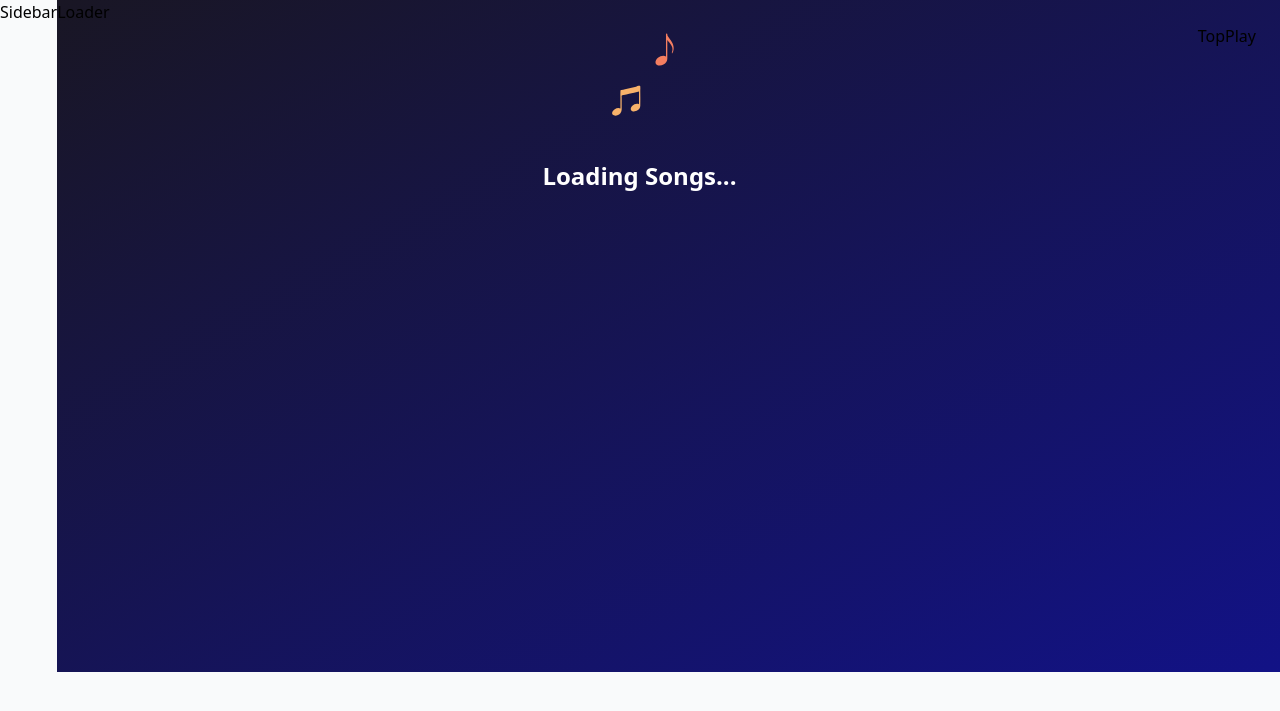
Repository: Chris24T/Dotify
Page: /
These files come from the project's save history. The page is drawn as it stood at one moment and after the next save; the edit follows.
The browser window is 1280 px wide. The pictures show the whole page.
The project was rebuilt for these pictures with package versions that can differ from the ones it lists, and the page was loaded fresh each time. Also part of the build but not shown: vite.config.js, src/components/ArtistCard.jsx, src/components/DetailsHeader.jsx, src/components/PlayPause.jsx, src/components/SongBar.jsx, src/components/RelatedSongs.jsx, src/components/MusicPlayer/Controls.jsx, src/components/MusicPlayer/Player.jsx and 11 more.

Above is the page before, as saved 2022-12-03 21:28:52.

### src/redux/store.js
import { configureStore } from '@reduxjs/toolkit';

import { shazamCoreApi } from './services/shazamCore';
import playerReducer from './features/playerSlice';

export const store = configureStore({
  reducer: {
    player: playerReducer,
    [shazamCoreApi.reducerPath]: shazamCoreApi.reducer,
  },
  middleware: (getDefaultMiddleware) =>
    getDefaultMiddleware().concat(shazamCoreApi.middleware),
});

### src/redux/services/shazamCore.js
import { createApi, fetchBaseQuery } from '@reduxjs/toolkit/query/react';

const baseHeaders = {
  'X-RapidAPI-Key': 'aa86041609msh651730729ed9b3dp1da6e2jsn7ec97b06be13',
  'X-RapidAPI-Host': 'shazam-core.p.rapidapi.com',
};

export const shazamCoreApi = createApi({
  reducerPath: 'shazamCoreApi',
  baseQuery: fetchBaseQuery({
    baseUrl: 'https://shazam-core.p.rapidapi.com/v1',
    prepareHeaders: (headers) => {
      headers.set({ baseHeaders });
      return headers;
    },
  }),
  endpoints: (builder) => ({
    getTopCharts: builder.query({ query: (genre) => '/charts/world' }),
  }),
});
// redux toolkit auto generates a hook
export const { useGetTopChartsQuery } = shazamCoreApi;

### src/redux/features/playerSlice.js
import { createSlice } from '@reduxjs/toolkit';

const initialState = {
  currentSongs: [],
  currentIndex: 0,
  isActive: false,
  isPlaying: false,
  activeSong: {},
  genreListId: '',
};

const playerSlice = createSlice({
  name: 'player',
  initialState,
  reducers: {
    setActiveSong: (state, action) => {
      state.activeSong = action.payload.song;

      if (action.payload?.data?.tracks?.hits) {
        state.currentSongs = action.payload.data.tracks.hits;
      } else if (action.payload?.data?.properties) {
        state.currentSongs = action.payload?.data?.tracks;
      } else {
        state.currentSongs = action.payload.data;
      }

      state.currentIndex = action.payload.i;
      state.isActive = true;
    },

    nextSong: (state, action) => {
      if (state.currentSongs[action.payload]?.track) {
        state.activeSong = state.currentSongs[action.payload]?.track;
      } else {
        state.activeSong = state.currentSongs[action.payload];
      }

      state.currentIndex = action.payload;
      state.isActive = true;
    },

    prevSong: (state, action) => {
      if (state.currentSongs[action.payload]?.track) {
        state.activeSong = state.currentSongs[action.payload]?.track;
      } else {
        state.activeSong = state.currentSongs[action.payload];
      }

      state.currentIndex = action.payload;
      state.isActive = true;
    },

    playPause: (state, action) => {
      state.isPlaying = action.payload;
    },

    selectGenreListId: (state, action) => {
      state.genreListId = action.payload;
    },
  },
});

export const { setActiveSong, nextSong, prevSong, playPause, selectGenreListId } = playerSlice.actions;

export default playerSlice.reducer;

### src/components/Loader.jsx
import { loader } from '../assets';

const Loader = ({ title }) => (
  <div className="w-full flex justify-center items-center flex-col">
    <img src={loader} alt="loader" className="w-32 h-32 object-contain" />
    <h1 className="font-bold text-2xl text-white mt-2">{title || 'Loading'}</h1>
  </div>
);

export default Loader;

### src/pages/Discover.jsx
import { Error, Loader, SongCard } from '../components';
import { genres } from '../assets/constants';

import { useGetTopChartsQuery } from '../redux/services/shazamCore';

const Discover = () => {
  // const { data, isFetching, error } = useGetTopChartsQuery();
  const data = [1, 2, 3];
  const isFetching = true;
  const genreTitle = 'Pop';

  if (isFetching) return <Loader title="Loading Songs..." />;
  // if (error) return <Error />;

  return (
    <div className="flex flex-col">
      <div className="w-full flex justify-between items-center sm:flex-row flex-col mt-4 mb-10">
        <h2 className="font-bold text-3xl text-white text-left">
          Discover {genreTitle}
        </h2>
        <select
          onChange={() => {}}
          value=""
          className="bg-black rounded-lg outline-none text-gray-300 sm:mt-0 mt-5"
        >
          {genres.map((genre) => (
            <option key={genre.value} value={genre.value}>
              {genre.title}
            </option>
          ))}
        </select>
      </div>
      <div className="flex flex-wrap sm:justify-start justify-center gap-8">
        {data.map((song, i) => {
          return <SongCard key={song.key} song={song} i={i}></SongCard>;
        })}
      </div>
    </div>
  );
};

export default Discover;

### src/assets/constants.js
import { HiOutlineHashtag, HiOutlineHome, HiOutlinePhotograph, HiOutlineUserGroup } from 'react-icons/hi';

export const genres = [
  { title: 'Pop', value: 'POP' },
  { title: 'Hip-Hop', value: 'HIP_HOP_RAP' },
  { title: 'Dance', value: 'DANCE' },
  { title: 'Electronic', value: 'ELECTRONIC' },
  { title: 'Soul', value: 'SOUL_RNB' },
  { title: 'Alternative', value: 'ALTERNATIVE' },
  { title: 'Rock', value: 'ROCK' },
  { title: 'Latin', value: 'LATIN' },
  { title: 'Film', value: 'FILM_TV' },
  { title: 'Country', value: 'COUNTRY' },
  { title: 'Worldwide', value: 'WORLDWIDE' },
  { title: 'Reggae', value: 'REGGAE_DANCE_HALL' },
  { title: 'House', value: 'HOUSE' },
  { title: 'K-Pop', value: 'K_POP' },
];

export const links = [
  { name: 'Discover', to: '/', icon: HiOutlineHome },
  { name: 'Around You', to: '/around-you', icon: HiOutlinePhotograph },
  { name: 'Top Artists', to: '/top-artists', icon: HiOutlineUserGroup },
  { name: 'Top Charts', to: '/top-charts', icon: HiOutlineHashtag },
];

Loaded but not shown: index.html (common file); src/index.jsx (common file); src/index.css (common file); src/App.jsx (common file); src/components/index.js (common file); src/pages/index.js (common file); src/components/Sidebar.jsx (common file); src/components/Searchbar.jsx (common file); src/components/TopPlay.jsx (common file); src/assets/index.js (common file); tailwind.config.js (common file); src/components/SongCard.jsx (common file)

After the next save:
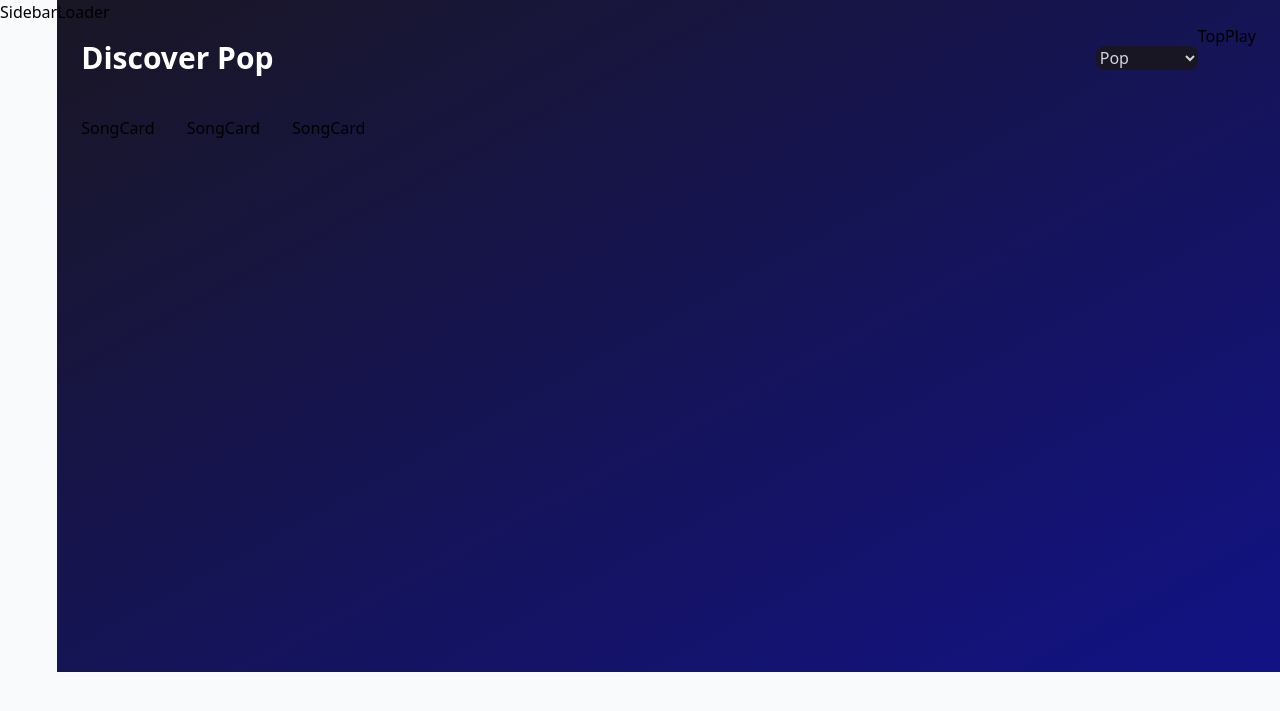
Saved 38 s later.
--- a/src/pages/Discover.jsx
+++ b/src/pages/Discover.jsx
@@ -6,7 +6,7 @@ import { useGetTopChartsQuery } from '../redux/services/shazamCore';
 const Discover = () => {
   // const { data, isFetching, error } = useGetTopChartsQuery();
   const data = [1, 2, 3];
-  const isFetching = true;
+  const isFetching = false;
   const genreTitle = 'Pop';
 
   if (isFetching) return <Loader title="Loading Songs..." />;
